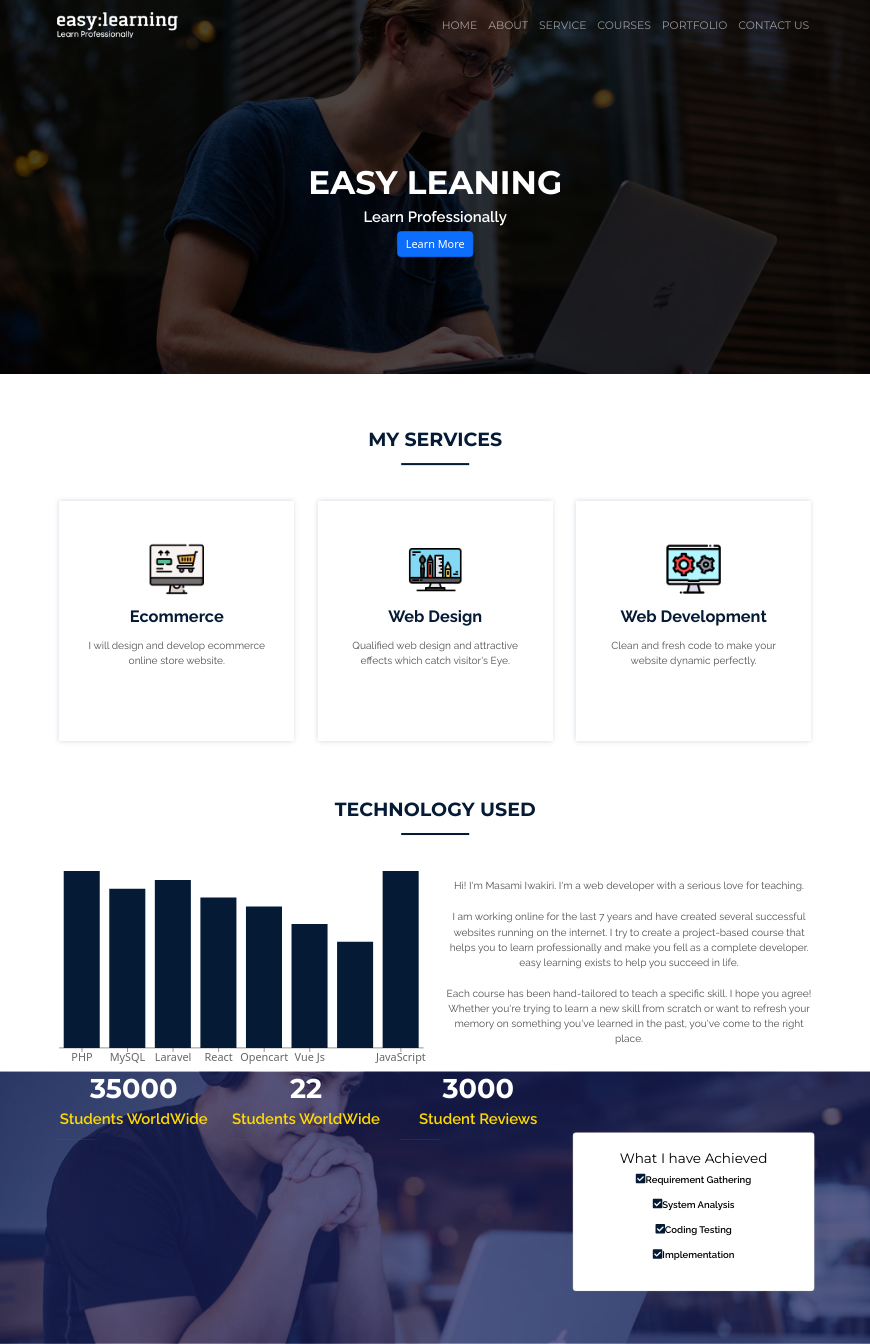
Repository: masamichan/free_video_app
Page: /
These files come from the project's save history. The page is drawn as it stood at one moment and after the next save; the edit follows.
The browser window is 1280 px wide. The pictures show the whole page, at 68% of full size.
Backgrounds fixed to the window are drawn as part of the page. The project was rebuilt for these pictures with package versions that can differ from the ones it lists, and the page was loaded fresh each time.

Above is the page before, as saved 2023-01-31 11:46:56.

### public/index.html
<!DOCTYPE html>
<html lang="en">
  <head>
    <meta charset="utf-8" />
    <link rel="icon" href="%PUBLIC_URL%/icon.png" />
    <meta name="viewport" content="width=device-width, initial-scale=1" />
    <meta name="theme-color" content="#000000" />
    <meta
      name="description"
      content="Web site created using create-react-app"
    />

    <link rel="manifest" href="%PUBLIC_URL%/manifest.json" />

    <link rel="preconnect" href="https://fonts.googleapis.com">
    <link rel="preconnect" href="https://fonts.gstatic.com" crossorigin>
    <link
      href="https://fonts.googleapis.com/css2?family=Montserrat:wght@400;700;800&family=Raleway:wght@300;400;600;700&display=swap"
      rel="stylesheet">

    <title>Easy Leaning</title>
  </head>
  <body>
    <noscript>You need to enable JavaScript to run this app.</noscript>
    <div style="width: 100%;" id="root"></div>

  </body>
</html>

### src/App.js
import React from "react";
import Analysis from "./components/Analysis/Analysis";
import Services from "./components/Services/Services";
import Summary from "./components/Summary/Summary";
import { TopBanner } from "./components/TopBanner/TopBanner";
import TopNavigation from "./components/TopNavigation/TopNavigation";
import "./asset/css/bootstrap.min.css";

function App() {
  return (
    <div>
      <TopNavigation />
      <TopBanner />
      <Services />
      <Analysis />
      <Summary />
    </div>
  );
}

export default App;

### src/components/Analysis/Analysis.jsx
import React, { Component, Fragment } from "react";
import { Col, Container, Row } from "react-bootstrap";
import { Bar, BarChart, ResponsiveContainer, Tooltip, XAxis } from "recharts";
class Analysis extends Component {
  constructor() {
    super();
    this.state = {
      data: [
        { Technology: "PHP", Projects: 100 },
        { Technology: "MySQL", Projects: 90 },
        { Technology: "Laravel", Projects: 95 },
        { Technology: "React", Projects: 85 },
        { Technology: "Opencart", Projects: 80 },
        { Technology: "Vue Js", Projects: 70 },
        { Technology: "Django", Projects: 60 },
        { Technology: "JavaScript", Projects: 100 },
      ],
    };
  }

  render() {
    var blue = "#051b35";
    return (
      <Fragment>
        <Container className="text-center">
          <h1 className="serviceMainTitle">TECHNOLOGY USED</h1>
          <div className="bottom"></div>
          <Row>
            <Col
              style={{ width: "100", height: "300px" }}
              lg={6}
              md={12}
              sm={12}
            >
              <ResponsiveContainer>
                <BarChart width={100} height={300} data={this.state.data}>
                  <XAxis dataKey="Technology" />
                  <Tooltip />
                  <Bar dataKey="Projects" fill={blue}></Bar>
                </BarChart>
              </ResponsiveContainer>
            </Col>

            <Col lg={6} md={12} sm={12}>
              <p className="text-justify serviceDescription">
                Hi! I'm Masami Iwakiri. I'm a web developer with a serious love
                for teaching. <br></br>
                <br></br>I am working online for the last 7 years and have
                created several successful websites running on the internet. I
                try to create a project-based course that helps you to learn
                professionally and make you fell as a complete developer. easy
                learning exists to help you succeed in life.<br></br>
                <br></br>
                Each course has been hand-tailored to teach a specific skill. I
                hope you agree! Whether you're trying to learn a new skill from
                scratch or want to refresh your memory on something you've
                learned in the past, you've come to the right place.
              </p>
            </Col>
          </Row>
        </Container>
      </Fragment>
    );
  }
}
export default Analysis;

### src/components/Services/Services.jsx
import React, { Component, Fragment } from "react";
import { Col, Container, Row } from "react-bootstrap";
import designIcon from "../../asset/image/design.png";
import ecommerceIcon from "../../asset/image/ecommerce.png";
import webIcon from "../../asset/image/web.png";

export class Services extends Component {
  render() {
    return (
      <Fragment>
        <Container className="text-center">
          <h1 className="serviceMainTitle">MY SERVICES</h1>
          <div className="bottom"></div>
          <Row>
            <Col lg={4} md={6} sm={12}>
              <div className="serviceCard text-center">
                <img className="ecommerceIcon" src={ecommerceIcon} />
                <h2 className="serviceName">Ecommerce</h2>
                <p className="serviceDescription">
                  I will design and develop ecommerce online store website.
                </p>
              </div>
            </Col>
            <Col lg={4} md={6} sm={12}>
              <div className="serviceCard text-center">
                <img className="designIcon" src={designIcon} />
                <h2 className="serviceName">Web Design</h2>
                <p className="serviceDescription">
                  Qualified web design and attractive effects which catch
                  visitor's Eye.
                </p>
              </div>
            </Col>
            <Col lg={4} md={6} sm={12}>
              <div className="serviceCard text-center">
                <img className="webIcon" src={webIcon} />
                <h2 className="serviceName">Web Development</h2>
                <p className="serviceDescription">
                  Clean and fresh code to make your website dynamic perfectly.
                </p>
              </div>
            </Col>
          </Row>
        </Container>
      </Fragment>
    );
  }
}

export default Services;

### src/components/Summary/Summary.jsx
import { FontAwesomeIcon } from "@fortawesome/react-fontawesome";
import React, { Component, Fragment } from "react";
import { Card, Col, Container, Row } from "react-bootstrap";
import { faCheckSquare } from "@fortawesome/free-solid-svg-icons";
export class Summary extends Component {
  render() {
    return (
      <Fragment>
        <Container fluid={true} className="summaryBanner p-0">
          <div className="summaryBannerOverlay">
            <Container className="text-center">
              <Row>
                <Col lg={8} md={6} sm={12}>
                  <Row className="countSection">
                    <Col>
                      <h1 className="countNumber">35000</h1>
                      <h4 className="countTitle">Students WorldWide</h4>
                      <hr className="bg-white w-25" />
                    </Col>
                    <Col>
                      <h1 className="countNumber">22</h1>
                      <h4 className="countTitle">Students WorldWide</h4>
                      <hr className="bg-white w-25" />
                    </Col>
                    <Col>
                      <h1 className="countNumber">3000</h1>
                      <h4 className="countTitle">Student Reviews</h4>
                      <hr className="bg-white w-25" />
                    </Col>
                  </Row>
                </Col>
                <Col lg={4} md={6} sm={12}>
                  <Card className="workCard">
                    <Card.Body>
                      <Card.Title className="cardTitle">
                        What I have Achieved
                      </Card.Title>
                      <Card.Text>
                        <p className="cardSubTitle text-justify">
                          <FontAwesomeIcon
                            className="iconBullent"
                            icon={faCheckSquare}
                          />
                          Requirement Gathering
                        </p>
                        <p className="cardSubTitle text-justify">
                          <FontAwesomeIcon
                            className="iconBullent"
                            icon={faCheckSquare}
                          />
                          System Analysis
                        </p>
                        <p className="cardSubTitle text-justify">
                          <FontAwesomeIcon
                            className="iconBullent"
                            icon={faCheckSquare}
                          />
                          Coding Testing
                        </p>
                        <p className="cardSubTitle text-justify">
                          <FontAwesomeIcon
                            className="iconBullent"
                            icon={faCheckSquare}
                          />
                          Implementation
                        </p>
                      </Card.Text>
                    </Card.Body>
                  </Card>
                </Col>
              </Row>
            </Container>
          </div>
        </Container>
      </Fragment>
    );
  }
}

export default Summary;

### src/components/TopBanner/TopBanner.jsx
import React, { Component, Fragment } from "react";
import { Button, Col, Container, Row } from "react-bootstrap";

export class TopBanner extends Component {
  render() {
    return (
      <Fragment>
        <Container fluid={true} className="topFixedBanner p-0">
          <div className="topBannerOverlay">
            <Container className="topContent">
              <Row>
                <Col className="text-center">
                  <h1 className="topTitle">EASY LEANING</h1>
                  <h4 className="topSubTitle">Learn Professionally</h4>
                  <Button variant="primary">Learn More</Button>
                </Col>
              </Row>
            </Container>
          </div>
        </Container>
      </Fragment>
    );
  }
}

export default TopBanner;

### src/components/TopNavigation/TopNavigation.jsx
import React, { Component, Fragment } from "react";
import { Nav, Navbar, NavDropdown } from "react-bootstrap";
import { Container } from "react-bootstrap";
import whiteLogo from "../../asset/image/logo_white.png";
import blackLogo from "../../asset/image/logo_black.png";
import "../../asset/css/custom.css";
import "../../asset/css/bootstrap.min.css";

export class TopNavigation extends Component {
  constructor() {
    super();
    this.state = {
      navBarTitle: "navTitle",
      navBarLogo: [whiteLogo],
      navBarBack: "navBackground",
      navBarItem: "navItem",
    };
  }

  onScroll = () => {
    if (window.scrollY > 100) {
      this.setState({
        navBarTitle: "navTitleScroll",
        navBarLogo: [blackLogo],
        navBarBack: "navBackgroundScroll",
        navBarItem: "navItemScroll",
      });
    } else if (window.scrollY < 100) {
      this.setState({
        navBarTitle: "navTitle",
        navBarLogo: [whiteLogo],
        navBarBack: "navBackground",
        navBarItem: "navItem",
      });
    }
  };

  componentDidMount() {
    window.addEventListener("scroll", this.onScroll);
  }

  render() {
    return (
      <Fragment>
        <Navbar
          className={this.state.navBarBack}
          collapseOnSelect
          fixed="top"
          expand="lg"
          variant="dark"
        >
          <Container>
            <Navbar.Brand className={this.state.navBarTitle} href="#home">
              <img src={this.state.navBarLogo} />
            </Navbar.Brand>
            <Navbar.Toggle aria-controls="responsive-navbar-nav" />
            <Navbar.Collapse id="responsive-navbar-nav">
              <Nav className="me-auto"></Nav>
              <Nav>
                <Nav.Link className={this.state.navBarItem} href="#deets">
                  HOME
                </Nav.Link>
                <Nav.Link className={this.state.navBarItem} href="#deets">
                  ABOUT
                </Nav.Link>
                <Nav.Link className={this.state.navBarItem} href="#deets">
                  SERVICE
                </Nav.Link>
                <Nav.Link className={this.state.navBarItem} href="#deets">
                  COURSES
                </Nav.Link>
                <Nav.Link className={this.state.navBarItem} href="#deets">
                  PORTFOLIO
                </Nav.Link>
                <Nav.Link className={this.state.navBarItem} href="#deets">
                  CONTACT US
                </Nav.Link>
              </Nav>
            </Navbar.Collapse>
          </Container>
        </Navbar>
      </Fragment>
    );
  }
}

export default TopNavigation;

### src/asset/css/custom.css
.topFixedBanner {
  background-image: url("../image/banner.jpg");
  min-height: 550px;
  background-attachment: fixed;
  background-position: center;
  background-repeat: no-repeat;
  background-size: cover;
}
.topBannerOverlay {
  position: absolute;
  min-height: 550px;
  width: 100%;
  background: rgb(0, 0, 0, 0.7);
}

.topContent {
  margin-top: 15em;
}

.topTitle {
  font-family: "Montserrat", sans-serif;
  font-weight: 700;
  color: #ffffff;
  font-size: 48px;
}

.topSubTitle {
  font-family: "Raleway", sans-serif;
  font-weight: 600;
  color: #ffffff;
  font-size: 22px;
}

.ecommerceIcon {
  height: 80px;
  width: 80px;
}

.designIcon {
  height: 80px;
  width: 80px;
}

.webIcon {
  height: 80px;
  width: 80px;
}

.serviceCard {
  margin: 5px 5px 5px 5px;
  height: 22rem;
  padding: 60px 30px 60px 30px;
  box-shadow: 0 0 8px 0 rgb(4, 55, 105, 0.2);
}

.serviceCard:hover {
  margin: 5px 5px 5px 5px;
  height: 22rem;
  padding: 60px 30px 60px 30px;
  box-shadow: 0 0 16px 0 rgb(4, 55, 105, 0.2);
}

.serviceName {
  color: #051b35;
  margin-top: 1rem;
  font-family: "Raleway", sans-serif;
  font-size: 24px;
  font-weight: 700;
}

.serviceDescription {
  color: #505050;
  margin-top: 1rem;
  font-family: "Raleway", sans-serif;
  font-size: 15px;
  font-weight: 400;
}

.serviceMainTitle {
  color: #051b35;
  margin-top: 5rem;
  margin-bottom: 3rem;
  font-family: "Montserrat", sans-serif;
  font-weight: 700;
  font-size: 28px;
}

.bottom {
  background: #051b35 none repeat scroll 0 0;
  height: 3px;
  width: 100px;
  margin: -1.9rem auto 0;
  margin-bottom: 3rem;
}

.navTitle {
  font-family: "Montserrat", sans-serif;
  color: #ffffff !important;
  font-weight: 700;
  font-size: 30px;
}

.navTitleScroll {
  font-family: "Montserrat", sans-serif;
  color: #051b35 !important;
  font-weight: 700;
  font-size: 30px;
}

.navBackground {
  -webkit-transition: background-color 400ms linear;
  -moz-transition: background-color 400ms linear;
  -o-transition: background-color 400ms linear;
  transition: background-color 400ms linear;
  background-color: rgba(00, 00, 00, 0) !important;
}

.navBackgroundScroll {
  -webkit-transition: background-color 400ms llinear;
  -moz-transition: background-color 400ms linear;
  -o-transition: background-color 400ms linear;
  transition: background-color 400ms linear;
  background-color: #ffffff;
  box-shadow: 0 0 8px 0 rgba(0, 115, 230, 0.3);
}

.navItem {
  text-decoration: none !important;
  font-family: "Montserrat", sans-serif;
  color: #ffffff;
  font-weight: 700;
  font-size: 16px;
}

.navItemScroll {
  text-decoration: none !important;
  font-family: "Montserrat", sans-serif;
  color: #000000 !important;
  font-weight: 700;
  font-size: 16px;
}
.summaryBanner {
  background-image: url("../image/summary.jpg");
  min-height: 400px;
  background-attachment: fixed;
  background-position: center;
  background-repeat: no-repeat;
  background-size: cover;
}
.summaryBannerOverlay {
  position: absolute;
  min-height: 400px;
  width: 100%;
  background: rgba(27, 31, 92, 0.7);
}
.countNumber {
  color: #ffffff;
  font-family: "Montserrat", sans-serif;
  font-weight: 700;
  font-size: 40px;
}
.countTitle {
  color: #ffd900;
  font-family: "Raleway", sans-serif;
  font-weight: 600;
  font-size: 22px;
}
.countSection {
  margin-top: 20%;
}
.cardTitle {
  color: #000000;
  font-family: "Montserrat", sans-serif;
  font-weight: 700;
  font-size: 15px;
}
.cardSubTitle {
  color: #000000;
  font-family: "Raleway", sans-serif;
  font-weight: 600;
  font-size: 14px;
}

.workCard {
  margin-top: 25%;
  padding: 10px 10px 10px 10px;
  border-radius: 3px;
}

.iconBullent {
  color: #051b35;
  font-size: 16px;
}

Loaded but not shown: src/index.js (common file); src/asset/css/bootstrap.min.css (library)

After the next save:
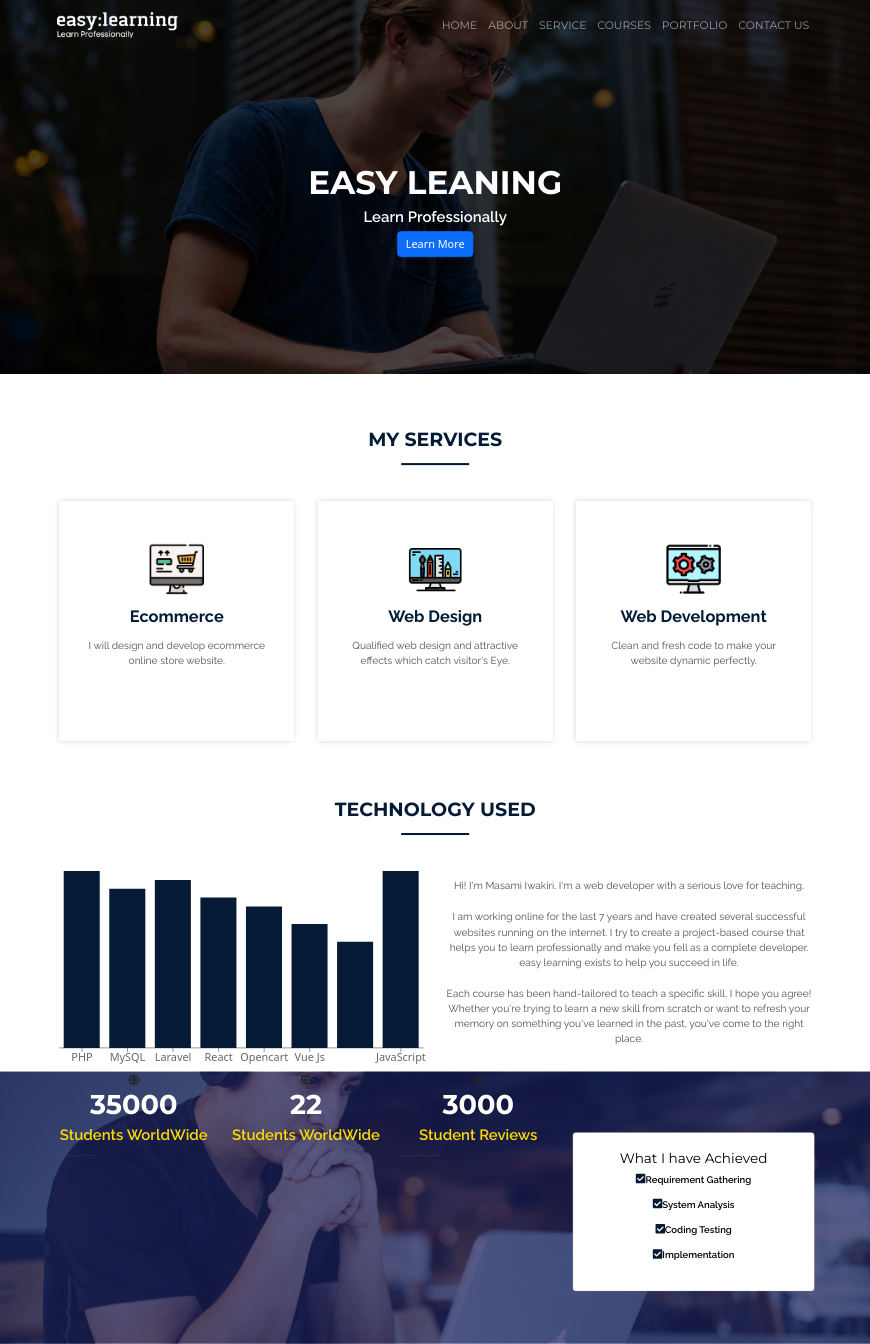
Saved 4 min 4 s later.
--- a/src/components/Summary/Summary.jsx
+++ b/src/components/Summary/Summary.jsx
@@ -2,6 +2,7 @@ import { FontAwesomeIcon } from "@fortawesome/react-fontawesome";
 import React, { Component, Fragment } from "react";
 import { Card, Col, Container, Row } from "react-bootstrap";
 import { faCheckSquare } from "@fortawesome/free-solid-svg-icons";
+import { faGlobe } from "@fortawesome/free-solid-svg-icons";
 export class Summary extends Component {
   render() {
     return (
@@ -13,16 +14,19 @@ export class Summary extends Component {
                 <Col lg={8} md={6} sm={12}>
                   <Row className="countSection">
                     <Col>
+                      <FontAwesomeIcon icon={faGlobe} />
                       <h1 className="countNumber">35000</h1>
                       <h4 className="countTitle">Students WorldWide</h4>
                       <hr className="bg-white w-25" />
                     </Col>
                     <Col>
+                      <FontAwesomeIcon icon={faGlobe} />
                       <h1 className="countNumber">22</h1>
                       <h4 className="countTitle">Students WorldWide</h4>
                       <hr className="bg-white w-25" />
                     </Col>
                     <Col>
+                      <FontAwesomeIcon icon={faGlobe} />
                       <h1 className="countNumber">3000</h1>
                       <h4 className="countTitle">Student Reviews</h4>
                       <hr className="bg-white w-25" />
